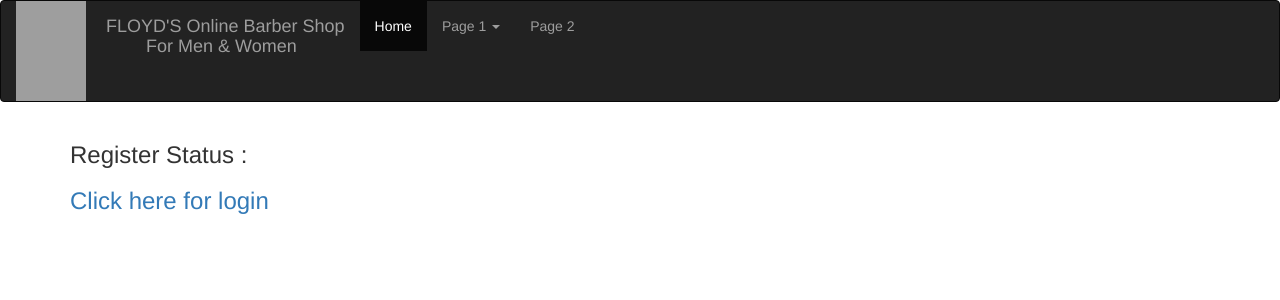
Repository: Mithil-Chavan/OnlineBarbershopManagementSystem
Page: http://localhost/OnlineBarberShop/WEB-INF/views/user/regstatus.jsp
These files come from the project's save history. The page is drawn as it stood at one moment and after the next save; the edit follows.
The browser window is 1280 px wide. The pictures show the whole page.
The page is served by Tomcat 9. Nobody is signed in. The template is opened directly, without the code that normally fills it, so the values that code supplies are empty.

Above is the page before, as saved 2021-03-25 06:31:43.

After the next save:
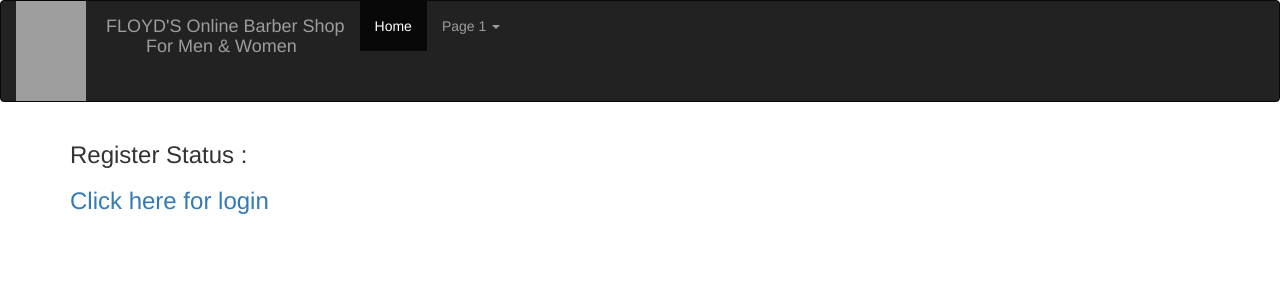
Saved 35 s later.
--- a/OnlineBarberShop/OnlineBarberShop/src/main/webapp/WEB-INF/views/user/regstatus.jsp
+++ b/OnlineBarberShop/OnlineBarberShop/src/main/webapp/WEB-INF/views/user/regstatus.jsp
@@ -32,12 +32,11 @@
       <li class="active"><a href="#">Home</a></li>
       <li class="dropdown"><a class="dropdown-toggle" data-toggle="dropdown" href="#">Page 1 <span class="caret"></span></a>
         <ul class="dropdown-menu">
-          <li><a href="#">Page 1-1</a></li>
-          <li><a href="#">Page 1-2</a></li>
-          <li><a href="#">Page 1-3</a></li>
+         <li><a href="/about">About Us</a></li>
+      <li><a href="/contact">Contact Us</a></li>
         </ul>
       </li>
-      <li><a href="#">Page 2</a></li>
+
     </ul>
   </div>
 </nav>
